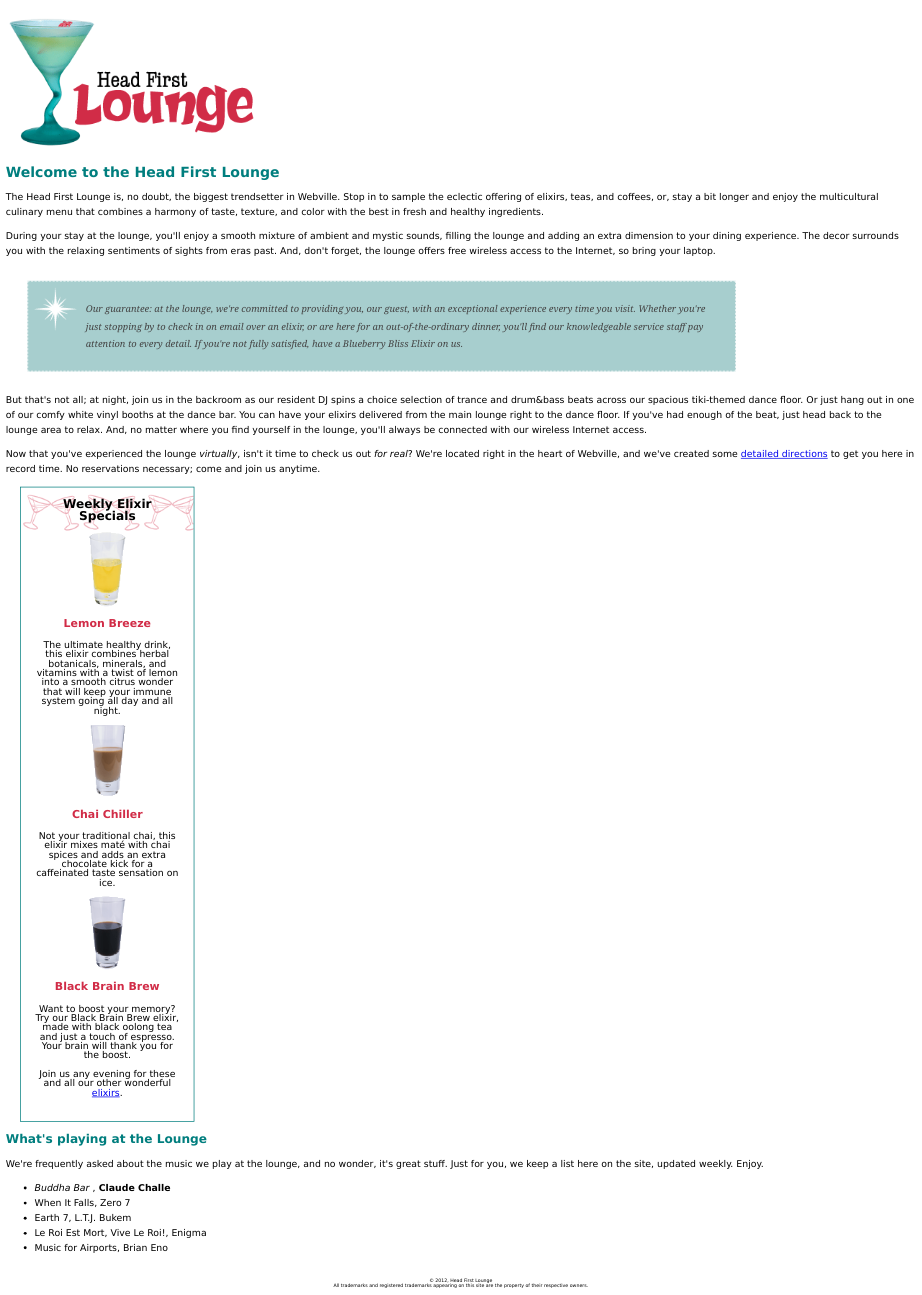
Repository: Dearning/head-first-html-css
Page: chapter10/lounge/lounge.html
An editor plug-in stored every save of this project. The page is shown before and after the next save, followed by the edit.
The browser window is 1280 px wide. The pictures show the whole page, at 72% of full size.

Above is the page before, as saved 2021-09-21 17:01:13.

After the next save:
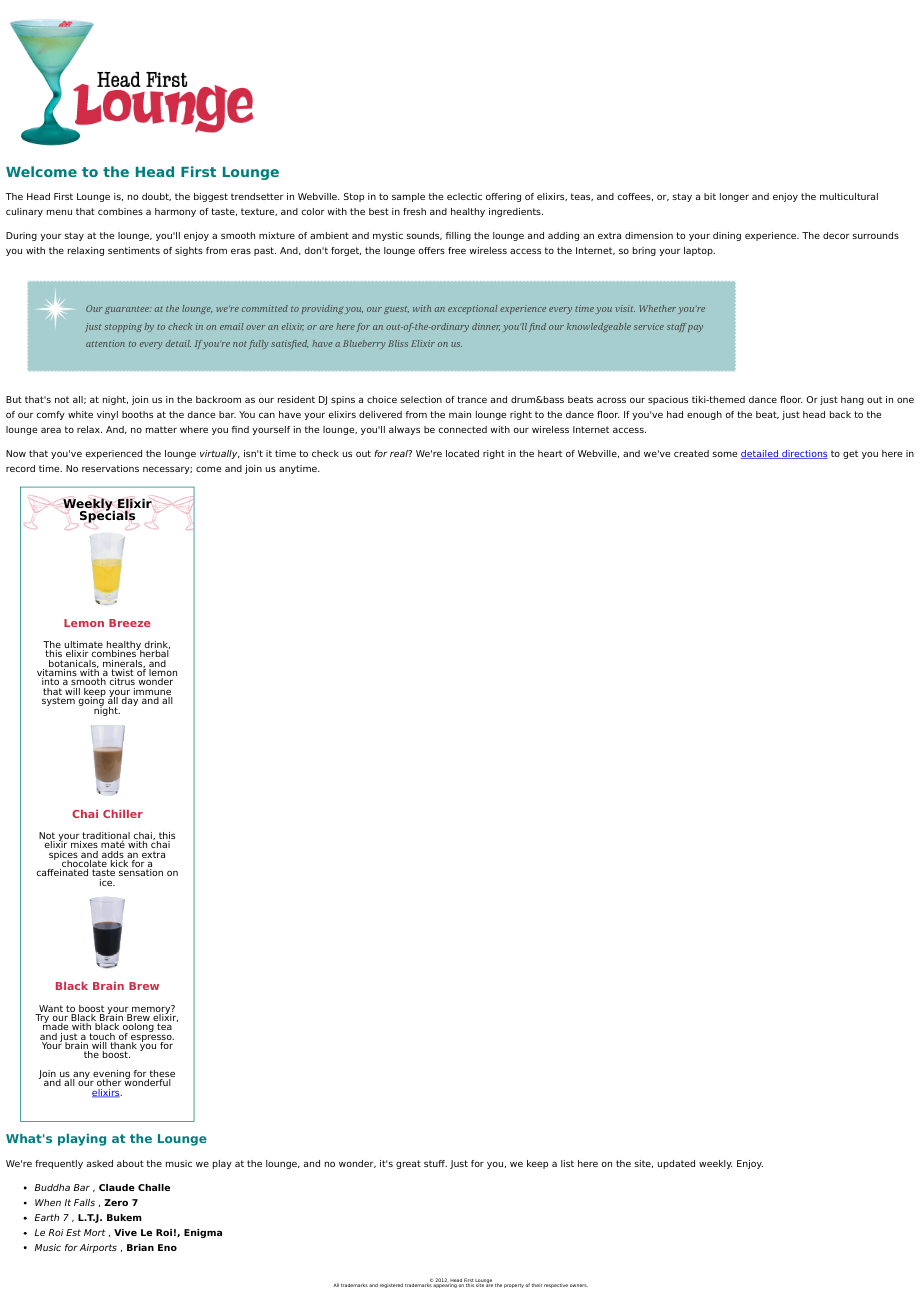
Saved 80 s later.
--- a/chapter10/lounge/lounge.html
+++ b/chapter10/lounge/lounge.html
@@ -104,10 +104,10 @@
     </p>
     <ul>
       <li><span class="cd">Buddha Bar</span> ,<span class="artist"> Claude Challe</span></li>
-      <li>When It Falls, Zero 7</li>
-      <li>Earth 7, L.T.J. Bukem</li>
-      <li>Le Roi Est Mort, Vive Le Roi!, Enigma</li>
-      <li>Music for Airports, Brian Eno</li>
+      <li><span class="cd">When It Falls</span> ,<span class="artist"> Zero 7</li>
+      <li><span class="cd">Earth 7</span> ,<span class="artist"> L.T.J. Bukem</li>
+      <li><span class="cd">Le Roi Est Mort</span> ,<span class="artist"> Vive Le Roi!, Enigma</li>
+      <li><span class="cd">Music for Airports</span> ,<span class="artist"> Brian Eno</li>
     </ul>
     <div id="footerDiv">
       <p id="footer">
